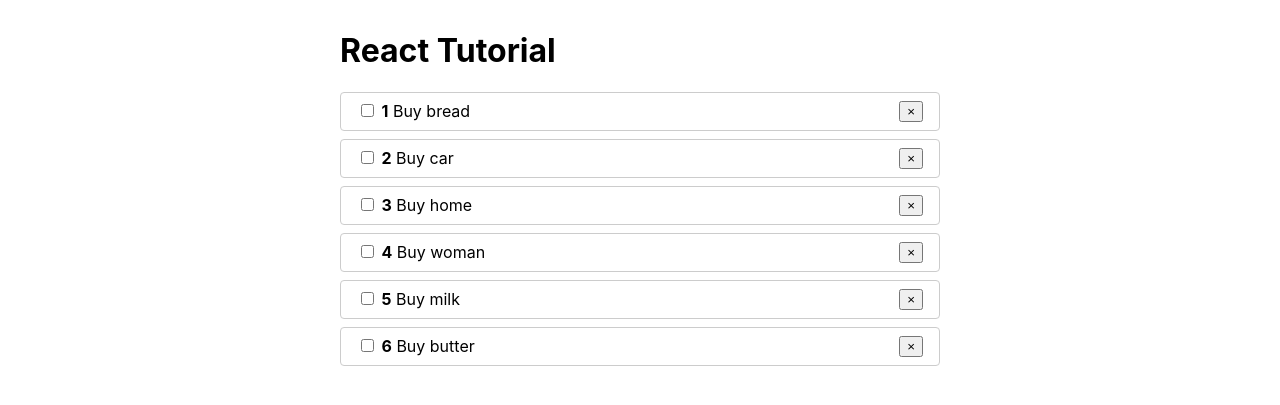
Repository: GregorPiev/rorganizer
Page: /
These files come from the project's save history. The page is drawn as it stood at one moment and after the next save; the edit follows.
The browser window is 1280 px wide. The pictures show the whole page.
The project was rebuilt for these pictures with package versions that can differ from the ones it lists, and the page was loaded fresh each time.

Above is the page before, as saved 2020-08-18 14:07:26.

After the next save:
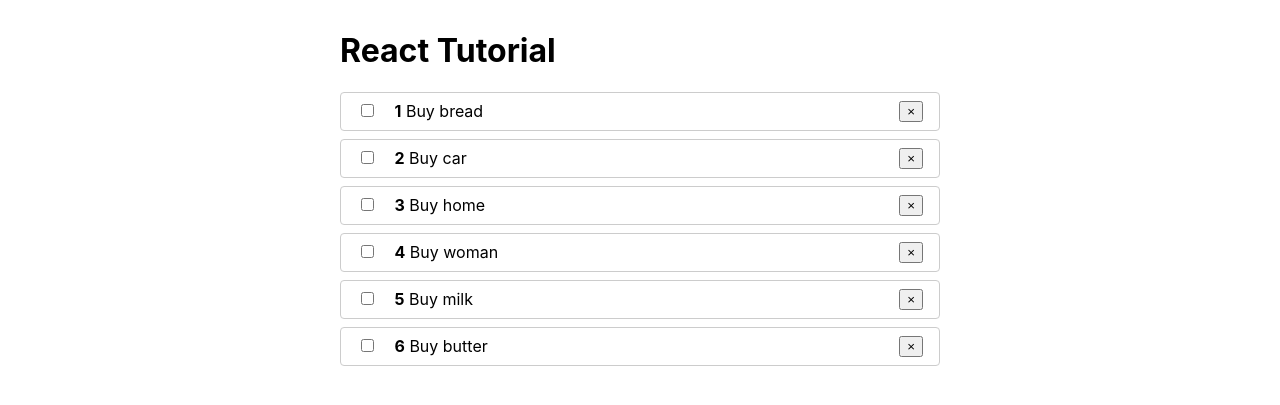
Saved 48 s later.
--- a/src/Todo/TodoItem/TodoItem.css
+++ b/src/Todo/TodoItem/TodoItem.css
@@ -7,3 +7,6 @@ li {
   border-radius: 4px;
   margin-bottom: 0.5rem;
 }
+input {
+  margin-right: 1rem;
+}
